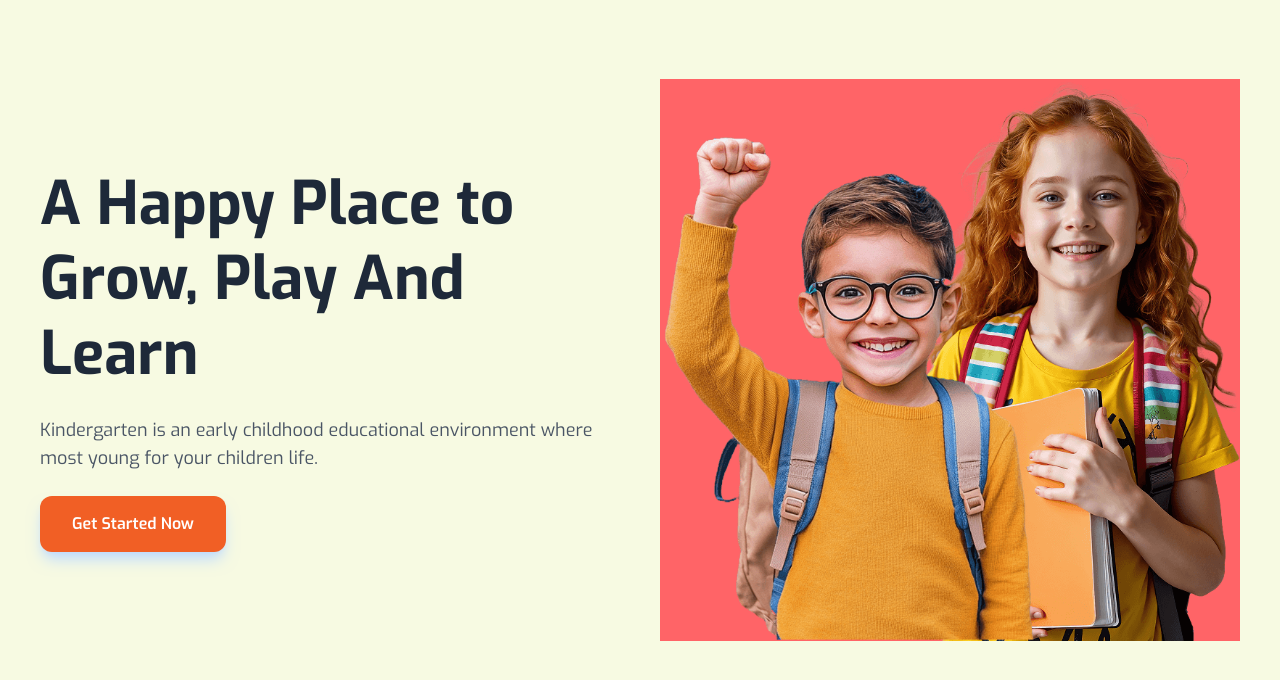
Repository: deepak445566/school
Page: / (app in okwork/)
An editor plug-in stored every save of this project. The page is shown before and after a run of saves, followed by the edit.
The browser window is 1280 px wide. The pictures show the whole page.
Some web fonts or font styles are not loaded; a fallback is used. The project was rebuilt for these pictures with package versions that can differ from the ones it lists, and the page was loaded fresh each time. Some packages were replaced by stand-ins written for this rebuild. Also part of the build but not shown: okwork/vite.config.js.

Above is the page before, as saved 2026-02-18 16:22:13.

### okwork/index.html
<!doctype html>
<html lang="en">
  <head>
    <meta charset="UTF-8" />
    <link rel="icon" type="image/svg+xml" href="/vite.svg" />
    <meta name="viewport" content="width=device-width, initial-scale=1.0" />
    <title>okwork</title>
    <link rel="preconnect" href="https://fonts.googleapis.com">
<link rel="preconnect" href="https://fonts.gstatic.com" crossorigin>
<link href="https://fonts.googleapis.com/css2?family=Abril+Fatface&family=Alan+Sans:wght@300..900&family=Big+Shoulders:opsz,wght@10..72,100..900&family=Exo+2:ital,wght@0,100..900;1,100..900&family=Exo:ital,wght@0,100..900;1,100..900&family=Montserrat:ital,wght@0,100..900;1,100..900&family=Orbitron:wght@400..900&family=Poppins:ital,wght@0,100;0,200;0,300;0,400;0,500;0,600;0,700;0,800;0,900;1,100;1,200;1,300;1,400;1,500;1,600;1,700;1,800;1,900&family=Prata&family=Rajdhani:wght@300;400;500;600;700&display=swap" rel="stylesheet">
  </head>
  <body>
    <div id="root"></div>
    <script type="module" src="/src/main.jsx"></script>
  </body>
</html>

### okwork/src/index.css
@import "tailwindcss";


.exo {
  font-family: "Exo", sans-serif;

  font-style: normal;
}

### okwork/src/App.jsx
import React from 'react'
import Home from './components/Home'

function App() {
  return (
    <>
    <Home/>


    </>
  )
}

export default App

### okwork/src/components/Home.jsx
import React from "react";

const Home = () => {
  // Image URL - using a high-quality free image
  const imageUrl =
    "/images/hero1.png";

  return (
    <div className="min-h-screen bg-[#F7FAE2] overflow-hidden exo">
      {/* Main container - centered with responsive padding */}
      <div className="container mx-auto px-6 py-12 md:px-12 lg:px-10 min-h-screen flex items-center">

        {/* Flex container: column on mobile, row on desktop */}
        <div className="flex flex-col md:flex-row items-center gap-12 lg:gap-10 w-full">

          {/* LEFT SECTION: Heading, Paragraph, Button */}
          <div className="flex-1 text-center md:text-left space-y-6 md:space-y-6">
            {/* Heading with gradient effect */}
            <h1 className="text-4xl text-gray-800 md:text-5xl lg:text-6xl font-bold leading-tight exo">
             A Happy Place to
              <br />
              <span className="text-gray-800">Grow, Play And </span>
              <br />
              <span className="text-gray-800">Learn</span>
            </h1>

            {/* Paragraph description */}
            <p className="text-lg md:text-lg text-gray-600 max-w-2xl mx-auto md:mx-0">
           Kindergarten is an early childhood educational environment where
most young for your children life.
            </p>

            {/* Button with hover effects */}
            <div className="flex justify-center md:justify-start">
              <button className="group relative px-8 py-4 bg-[#F15F25] text-white font-semibold rounded-xl shadow-lg shadow-blue-200 hover:shadow-xl hover:transform hover:-translate-y-1 transition-all duration-300 ease-in-out">
                <span className="relative z-10">Get Started Now</span>

              </button>
            </div>

            {/* Optional: Small trust indicator */}

          </div>

          {/* RIGHT SECTION: Only one image */}
          <div className="flex-1 flex justify-center md:justify-end bg-red-400">
            <div className="relative w-full max-w-md lg:max-w-xl">


              {/* Main image */}
              <img
                src={imageUrl}
                alt="Team collaboration in modern workspace"
                className="relative z-10 w-full h-auto rounded-2xl  object-cover "
              />
            </div>
          </div>
        </div>
      </div>

      {/* Add custom animation keyframes */}
      <style jsx>{`
        @keyframes blob {
          0% { transform: translate(0px, 0px) scale(1); }
          33% { transform: translate(30px, -50px) scale(1.1); }
          66% { transform: translate(-20px, 20px) scale(0.9); }
          100% { transform: translate(0px, 0px) scale(1); }
        }
        .animate-blob {
          animation: blob 7s infinite;
        }
        .animation-delay-2000 {
          animation-delay: 2s;
        }
      `}</style>
    </div>
  );
};

export default Home;

Loaded but not shown: okwork/src/main.jsx (common file)

After the next 2 saves:
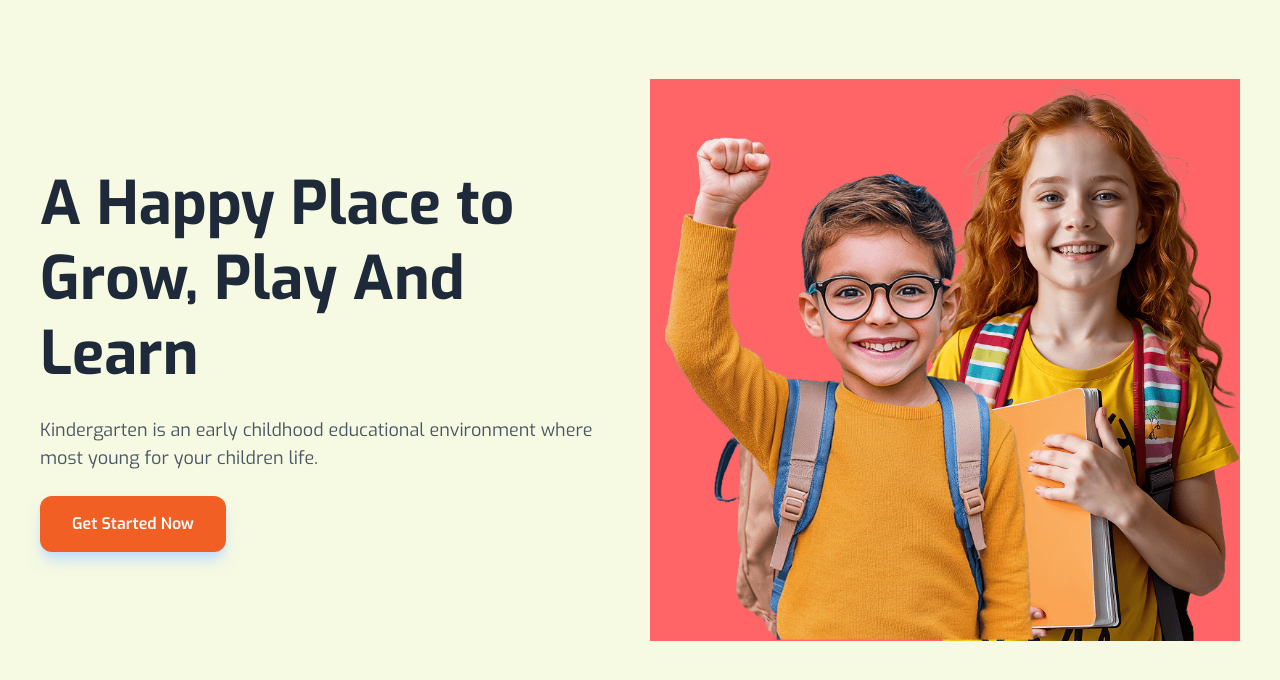
The 2 saves are shown as one change because they came seconds apart.
The last was saved 8 s later.
--- a/okwork/src/components/Home.jsx
+++ b/okwork/src/components/Home.jsx
@@ -11,7 +11,7 @@ const Home = () => {
       <div className="container mx-auto px-6 py-12 md:px-12 lg:px-10 min-h-screen flex items-center">
 
         {/* Flex container: column on mobile, row on desktop */}
-        <div className="flex flex-col md:flex-row items-center gap-12 lg:gap-10 w-full">
+        <div className="flex flex-col md:flex-row items-center gap-12 lg:gap-5 w-full">
 
           {/* LEFT SECTION: Heading, Paragraph, Button */}
           <div className="flex-1 text-center md:text-left space-y-6 md:space-y-6">
